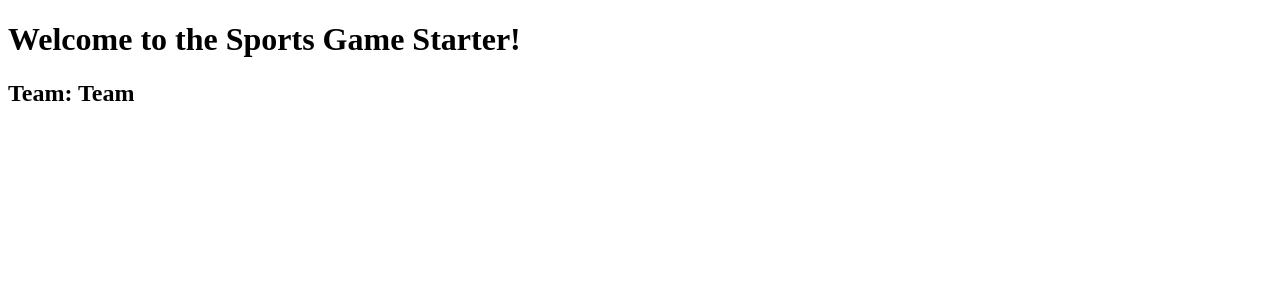
Repository: marcusmerrick/reactSportsGame
Page: index.html
An editor plug-in stored every save of this project. The page is shown before and after the next save, followed by the edit.
The browser window is 1280 px wide. The pictures show the whole page.
Some web libraries are served in a nearby version.

Above is the page before, as saved 2020-07-24 19:09:45.

After the next save:
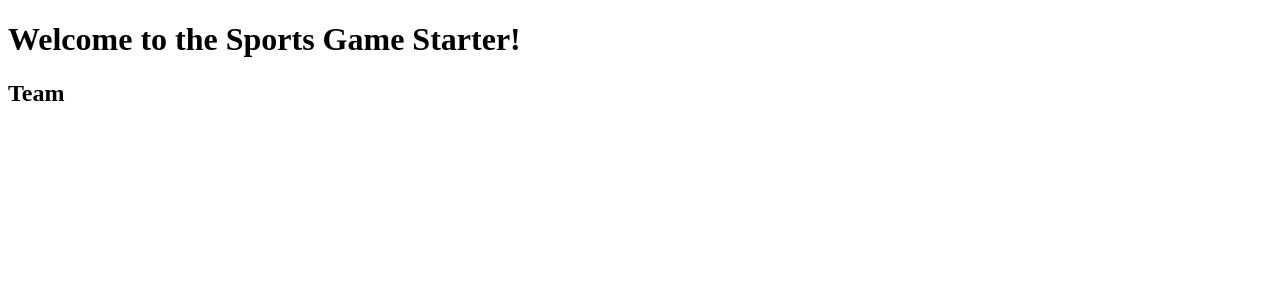
Saved 8 s later.
--- a/index.html
+++ b/index.html
@@ -25,7 +25,7 @@
             return (
                 <div>
                 <h1> Welcome to the Sports Game Starter!</h1>
-                <h2> Team: {Team.name}
+                <h2> {Team.name}
                 </h2>
 
                 </div>
